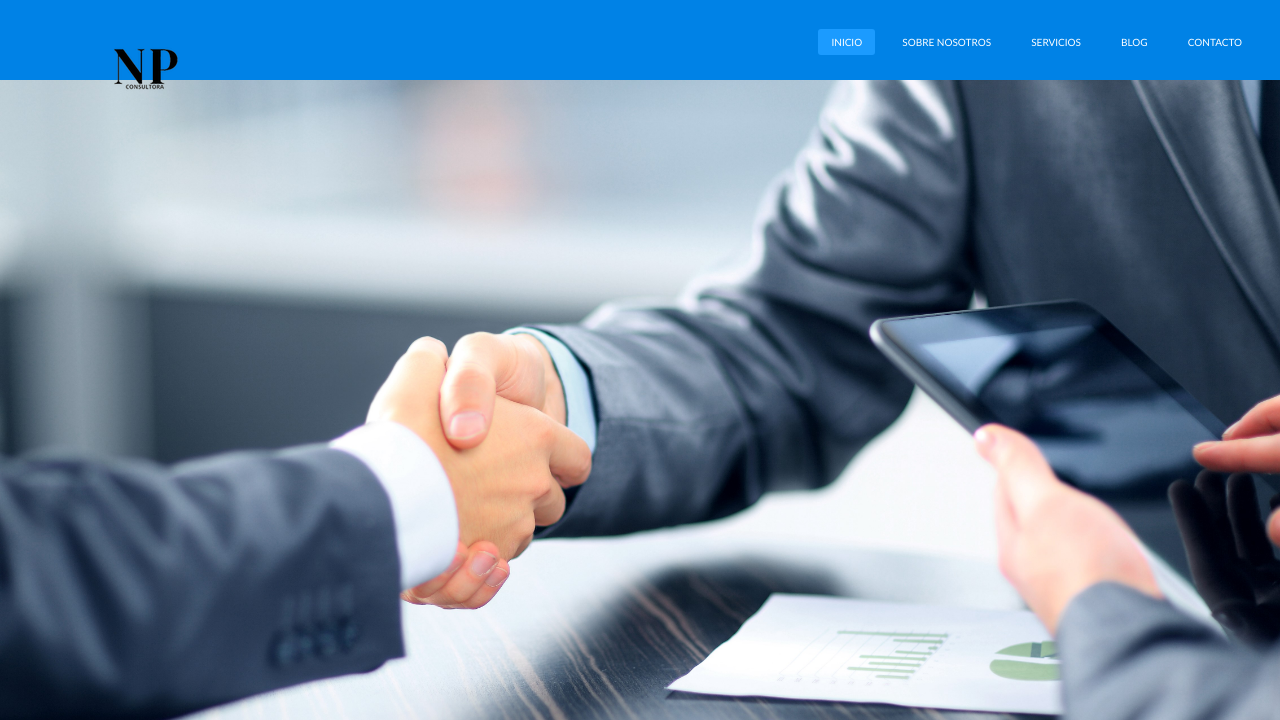
Repository: Batu120/pre-entrega2
Page: index.html
An editor plug-in stored every save of this project. The page is shown before and after the next save, followed by the edit.
The browser window is 1280 px wide. The pictures show the whole page.

Above is the page before, as saved 2022-10-29 20:33:47.

### index.html
<!DOCTYPE html>
<html lang="en" dir="ltr">
<head>
    <meta charset="UTF-8">
    <meta http-equiv="X-UA-Compatible" content="IE=edge">
    <meta name="viewport" content="width=device-width, initial-scale=1.0">
    <title>2da Pre Entrega</title>

    <!-- CSS -->
    <link rel="stylesheet" href="CSS/style.css">
    <link rel="stylesheet" href="https://cdnjs.cloudflare.com/ajax/libs/font-awesome/4.7.0/css/font-awesome.min.css">
</head>
<body>
    <nav>
        <input type="checkbox" id="check">
        <label for="check" class="checkbtn">
            <i style="font-size:24px" class="fa">&#xf0c9;</i>
        </label>
        <label class="logo"><img src="IMG/CONSULTORA.png" alt="logo_web"></label>
            <!-- Lista no ordenada -->
            <ul>
                <!-- Items / Menu -->
                <li><a class="active" href="#">Inicio</a></li>
                <li><a href="#">Sobre Nosotros</a></li>
                <li><a href="#">Servicios</a></li>
                <li><a href="#">Blog</a></li>
                <li><a href="#">Contacto</a></li>
            </ul>
    </nav>

    <section></section>

            <!-- <img clas="menu" src="IMG/menu-icon2.png" alt="menu"> -->
<!-- Enlaces -->

<!--    <main>
        <h1>CONSULTORA </h1>
    </main> -->

</body>
</html>

### CSS/style.css
body {
    font-family:'Gill Sans', 'Gill Sans MT', Calibri, 'Trebuchet MS', sans-serif;
}

/* NAV BAR - ENLACES - RESPONSIVE */

* {
    padding: 0;
    margin: 0;
    text-decoration: none;
    list-style: none;
    box-sizing: border-box;
}
nav {
    background: #0082e6;
    height: 80px;
    width: 100%;
}
/*  */
.logo{
    color: white;
    font-size: 25px;
    line-height: 80px;
    padding: 80px;
    font-weight: bold;
}
nav ul{
    float: right;
    margin-right: 20px;
    padding-top: 0%;
}
nav ul li{
    display: inline-block;
    line-height: 80px;
    margin: 0 5px;
}
nav ul li a{
    color: white;
    font-size: 10px;
    padding: 7px 13px;
    border-radius: 3px;
    text-transform: uppercase;
}
a.active,a:hover{
    background: #1b9bff;
    transition: .5s;
}
.checkbtn{
    font-size: 30px;
    color: white;
    float: right;
    line-height: 80px;
    margin-right: 30px;
    cursor: pointer;
    display: none;
}
#check{
    display: none;
}
/* PREUBA RESPONSIVE TEST */
/* @media (max-width: 1000px){
    label.logo {
        font-size: 25px;
        padding-left: 50px;
    }
    nav ul li a{
        font-size: 16px;
    }
} */
@media (max-width: 800px){
    .checkbtn{
        display: block;
    }
    ul{
        position: fixed;
        width: 100%;
        height: 100vh;
        background: #2c3e50;
        top: 80px;
        left: -100%;
        text-align: center;
        transition: all .5s;
    }
    nav ul li{
        display: block;
        margin: 50px 0;
        line-height: 30px;
    }
    nav ul li a {
        font-size: 20px;
    }
        a:hover,a.active{
        background:none;
        color: #0082e6;
        }
        #check:checked ~ ul{
        left: 0;
        }
    }

    section{
        background: url(/IMG/consultoria_img.jpeg) no-repeat;
        background-size: cover;
        height: calc(100vh - 80px);
    }
/* .listaNOordenada {
    display: flex;
    flex-direction: row;
    justify-content:flex-end;
    list-style: none;
}

li {
    font-size: large;
    text-transform: uppercase;
    font-family:'Gill Sans', 'Gill Sans MT', Calibri, 'Trebuchet MS', sans-serif;
    font-weight: 600;
    margin: 10px;
    padding: 5px;
    letter-spacing: 2px;
}

@media (max-width: 850px){
    .listaNOordenada {
        flex-direction: column;
    }
}
 */

After the next save:
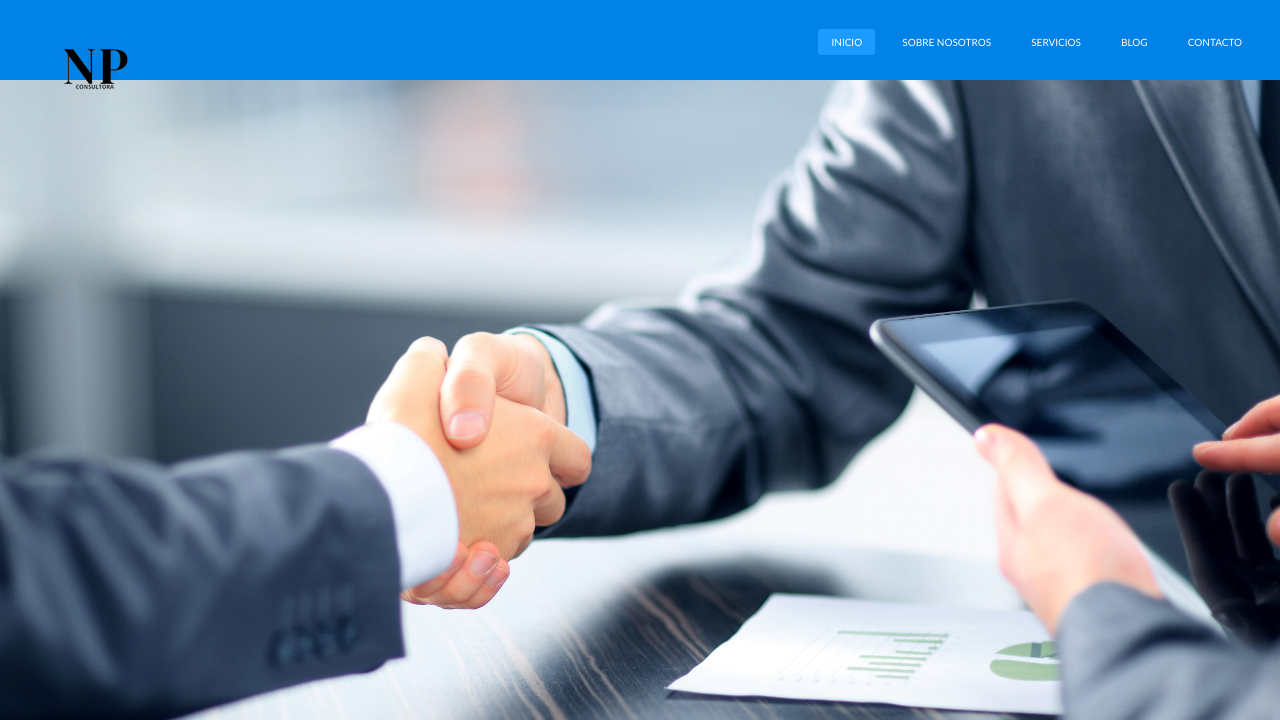
Saved 4 s later.
--- a/CSS/style.css
+++ b/CSS/style.css
@@ -21,7 +21,7 @@ nav {
     color: white;
     font-size: 25px;
     line-height: 80px;
-    padding: 80px;
+    padding: 30px;
     font-weight: bold;
 }
 nav ul{
